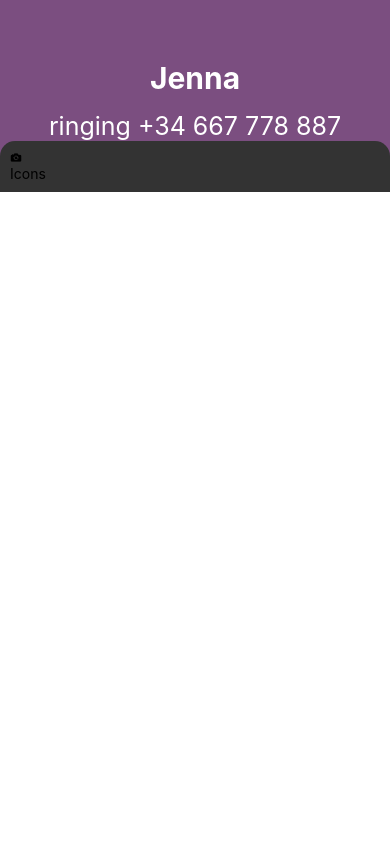
Repository: JennaFi/VideoCallApp
Screen: /
An editor plug-in stored every save of this project. The screen is shown before and after the next save, followed by the edit.
The app was drawn by React Native's web renderer in a window 390 px wide. The project was rebuilt for these pictures with package versions that can differ from the ones it lists, and the page was loaded fresh each time.

Above is the screen before, as saved 2022-01-12 00:06:14.

After the next save:
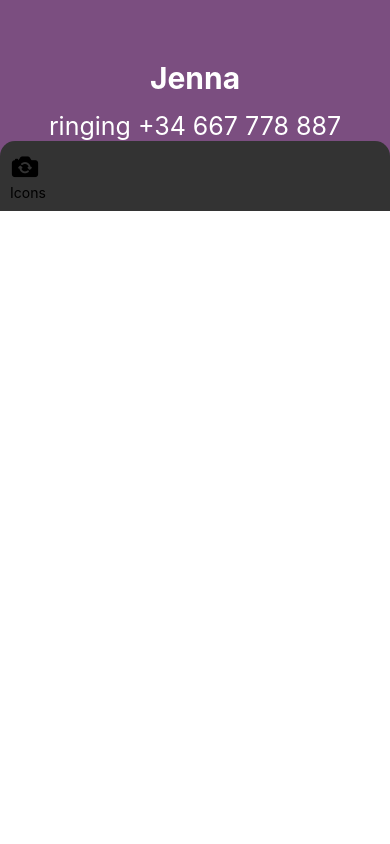
Saved 5 min 32 s later.
--- a/src/screens/CallingScreen/index.js
+++ b/src/screens/CallingScreen/index.js
@@ -10,7 +10,7 @@ const CallingScreen = () => {
         <Text style={styles.phoneNumber}>ringing +34 667 778 887</Text>
       </View>
       <View style={styles.buttonsContainer}>
-        <Ionicons name='ios-camera-reverse' />
+        <Ionicons name='ios-camera-reverse' size={30} />
         <Text>Icons</Text>
       </View>
 
